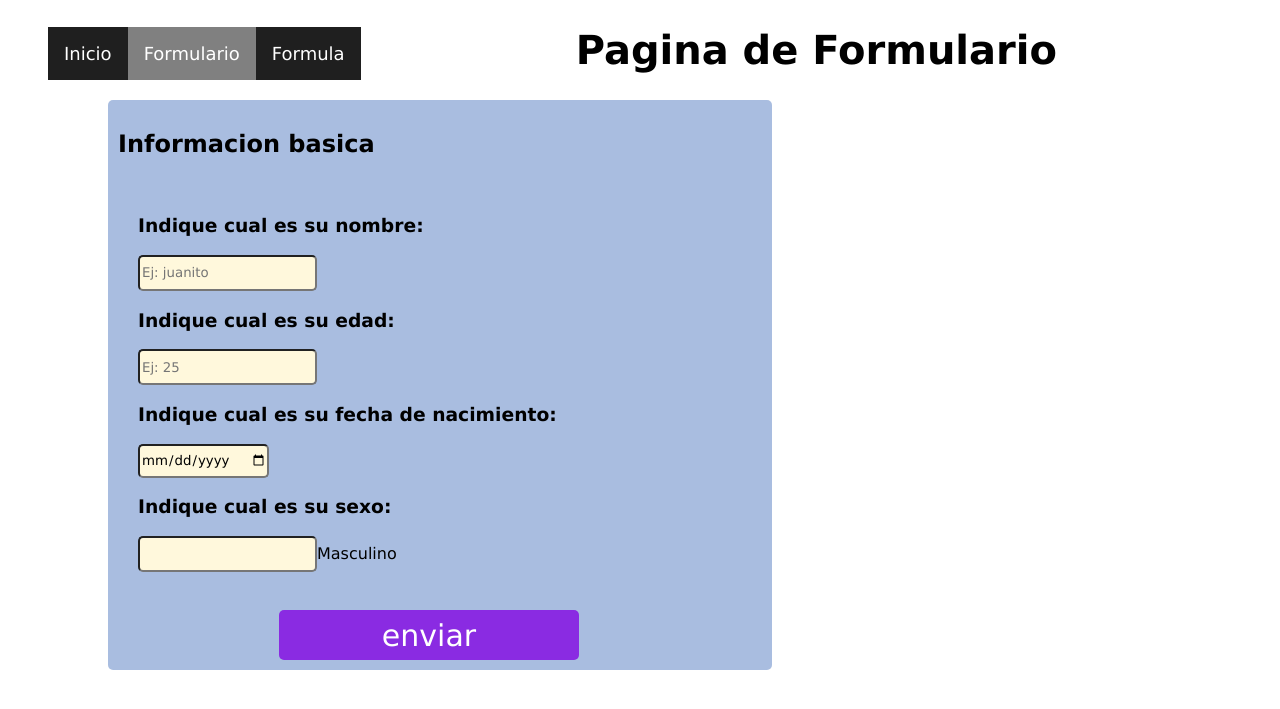
Repository: misterySnow94/tutoriales
Page: pagina basica/formulario.html
The author's editor kept a copy of each file at every save. The page is drawn from the files as they stood at one save, then again after the next save.
The browser window is 1280 px wide. The pictures show the whole page.

Above is the page before, as saved 2019-11-04 00:22:15.

### pagina basica/formulario.html
<!DOCTYPE html>
<html lang="en">
<head>
    <meta charset="UTF-8">
    <meta name="viewport" content="width=device-width, initial-scale=1.0">
    <meta http-equiv="X-UA-Compatible" content="ie=edge">
    <title>inicio</title>
    <link rel="stylesheet" href="css/style.css">
</head>
<body>
    <nav>
        <ul>
            <li><a href="index.html"> Inicio </a></li>
            <li class="active"><a href="formulario.html">Formulario</a></li>
            <li><a href="formula.html">Formula</a></li>
        </ul>
    </nav>

    <div class="contenido">
        <h1>Pagina de Formulario</h1>

        <form action="">
            <h2>Informacion basica</h2>
            <label for="nombre">
                <h3>Indique cual es su nombre:</h3>
                <input type="text" placeholder="Ej: juanito" name="nombre">
            </label>
            <label for="edad">
                <h3>Indique cual es su edad:</h3>
                <input type="number" placeholder="Ej: 25" name="edad">
            </label>
            <label for="fecha_nacimiento">
                    <h3>Indique cual es su fecha de nacimiento:</h3>
                    <input type="date" name="fecha_nacimiento">
            </label>
            <label for="sexo">
                    <h3>Indique cual es su sexo:</h3>
                    <input type="text">Masculino
            </label>
            <br><br><br>
            <button>enviar</button>
        </form>
    </div>
</body>
</html>

### pagina basica/css/style.css
body{
    font-family: 'Lucida Sans', 'Lucida Sans Regular', 'Lucida Grande', 'Lucida Sans Unicode', Geneva, Verdana, sans-serif;
}

li{
    float: left;
    list-style: none;
    padding: 16px;
    background-color: rgb(31, 31, 31);
}

.active{
    background-color: gray;
}

li:hover{
    background-color: gray;
}

a{
    color: white;
    text-decoration: none;
    font-size: 18px;
}

h1{
    text-align: center;
    font-size: 40px;
}

form{
    margin-left: 100px;
    margin-right: 500px;
    background-color: rgb(169, 189, 224);
    border-radius: 5px;
    padding: 10px;
}

label, input, h3{
    margin-left: 20px;
}

input{
    border-radius: 5px;
    height: 30px;
    font-family: 'Lucida Sans', 'Lucida Sans Regular', 'Lucida Grande', 'Lucida Sans Unicode', Geneva, Verdana, sans-serif;
    background-color: cornsilk;
}

button{
    background-color: blueviolet;
    height: 50px;
    width: 300px;
    border:none;
    border-radius: 5px;
    font-family: 'Lucida Sans', 'Lucida Sans Regular', 'Lucida Grande', 'Lucida Sans Unicode', Geneva, Verdana, sans-serif;
    font-size: 30px;
    color:white;
    margin-left: 25%;
}

button:hover{
    background-color: rgb(190, 140, 236);
    color:black;
}

After the next save:
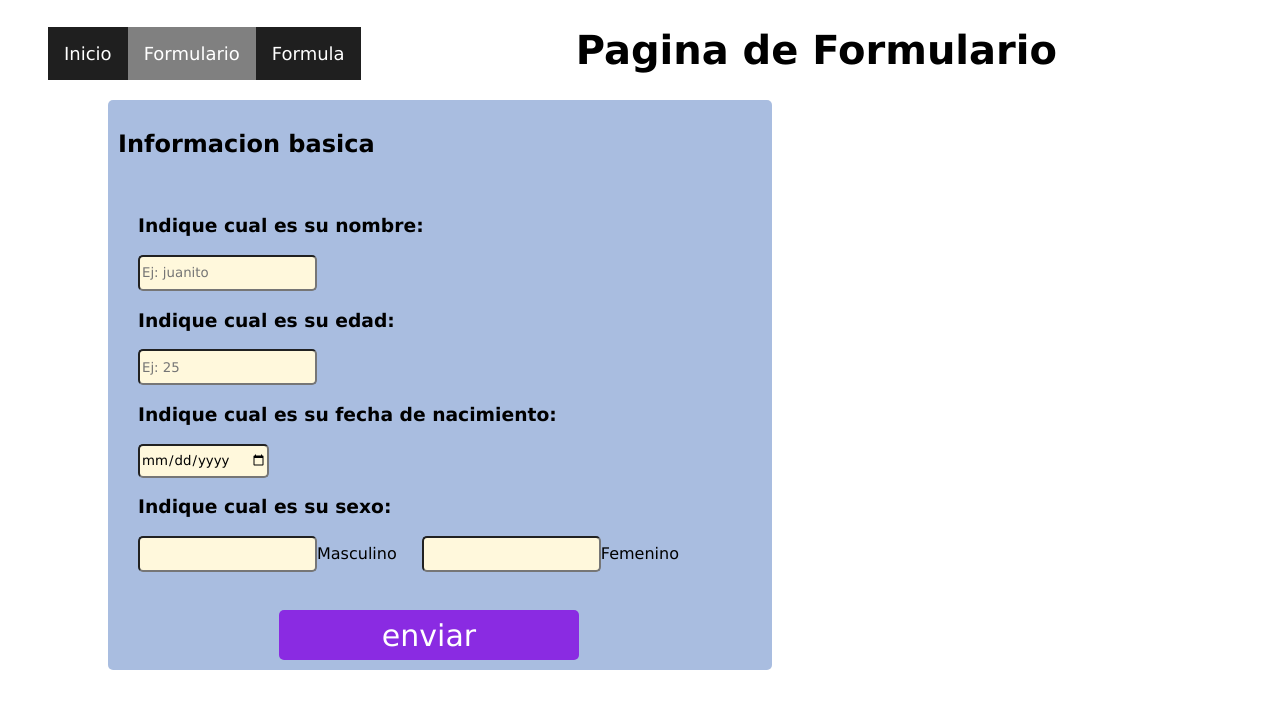
Saved 10 s later.
--- a/pagina basica/formulario.html
+++ b/pagina basica/formulario.html
@@ -36,6 +36,7 @@
             <label for="sexo">
                     <h3>Indique cual es su sexo:</h3>
                     <input type="text">Masculino
+                    <input type="text">Femenino
             </label>
             <br><br><br>
             <button>enviar</button>
